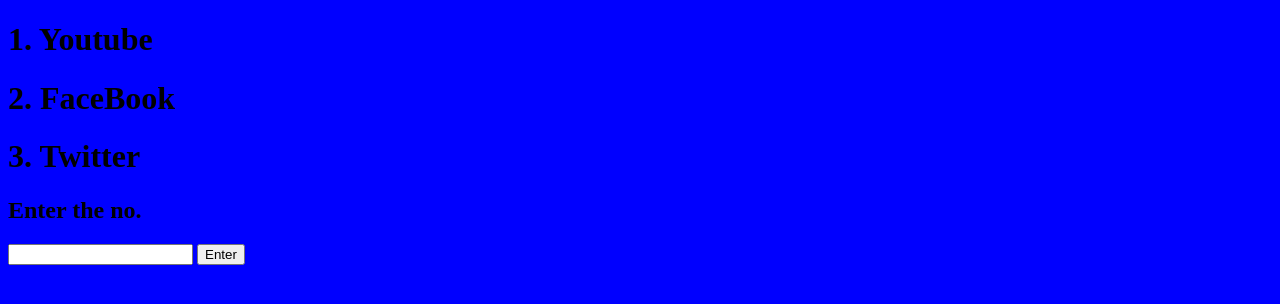
Repository: Strangeryoga/JSHS
Page: J2EE/P1/src/main/webapp/ok.html
The author's editor kept a copy of each file at every save. The page is drawn from the files as they stood at one save, then again after the next save.
The browser window is 1280 px wide. The pictures show the whole page.

Above is the page before, as saved 2023-05-22 18:19:27.

After the next save:
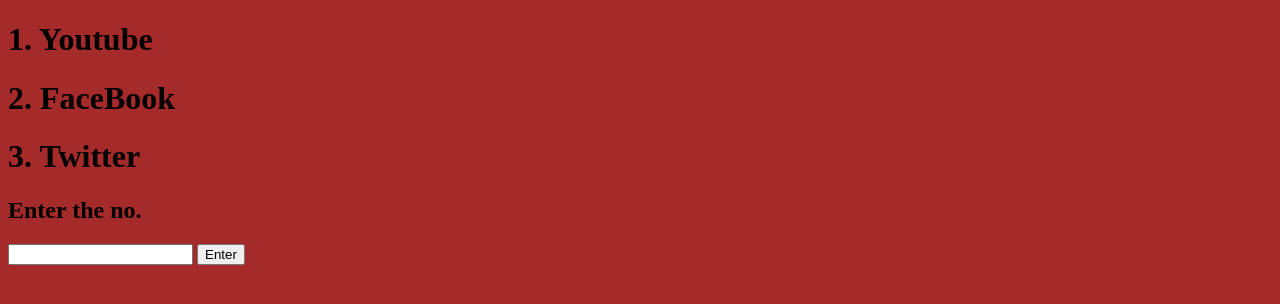
Saved 8 s later.
--- a/J2EE/P1/src/main/webapp/ok.html
+++ b/J2EE/P1/src/main/webapp/ok.html
@@ -4,7 +4,7 @@
 <meta charset="UTF-8">
 <title>Insert title here</title>
 </head>
-<body bgcolor="blue">
+<body bgcolor="brown">
 
 <form action="h1" method="post">
 <h1>1. Youtube</h1>
